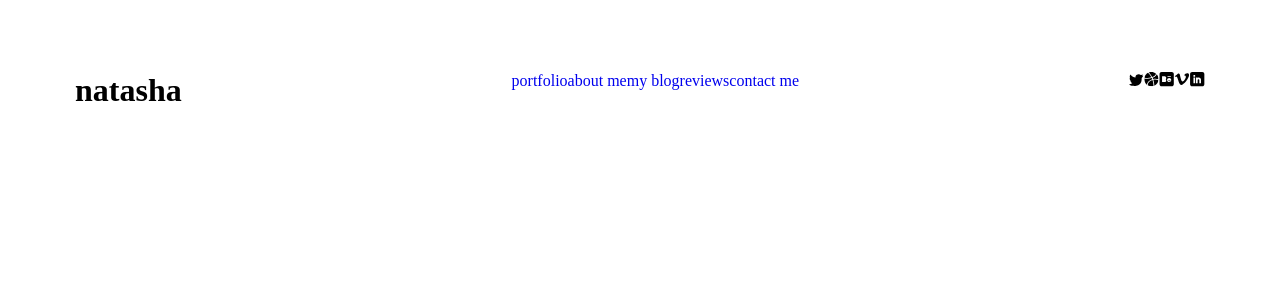
Repository: BuduCE/landing-page
Page: natasha-lp/index.html
These files come from the project's save history. The page is drawn as it stood at one moment and after a run of saves; the edit follows.
The browser window is 1280 px wide. The pictures show the whole page.

Above is the page before, as saved 2022-03-04 18:37:10.

After the next 3 saves:
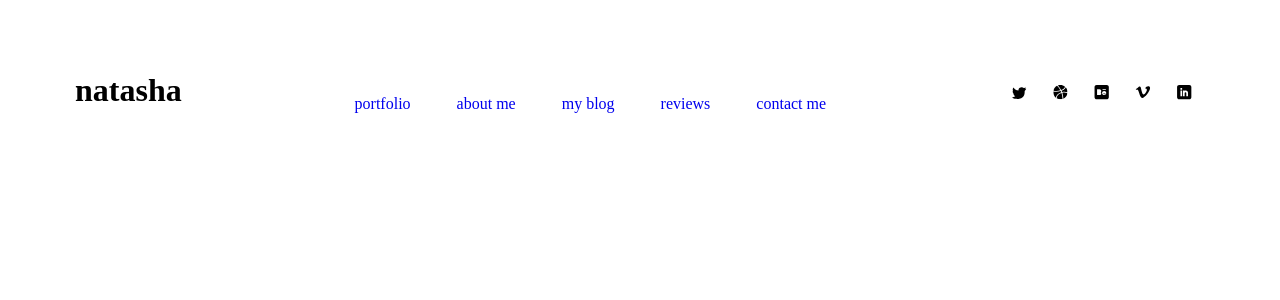
The 3 saves are shown as one change because they came seconds apart.
The last was saved 9 s later.
--- a/natasha-lp/assets/css/style.css
+++ b/natasha-lp/assets/css/style.css
@@ -28,9 +28,9 @@
     text-decoration: none;
 }
 
-nav_text {
+.nav_text li {
     padding: 23px;
 }
-nav_icon li {
+.nav_icon li {
     padding: 13px;
 }
